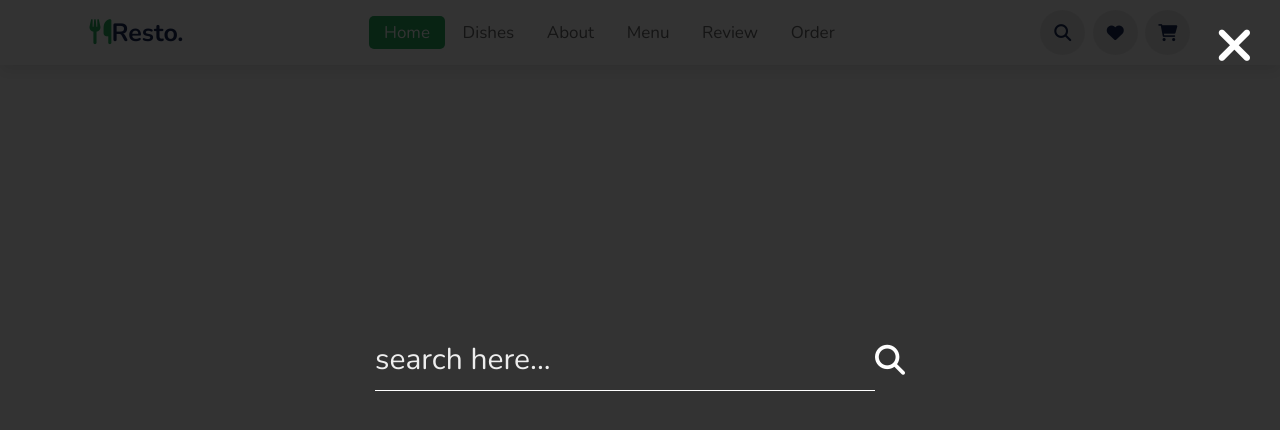
Repository: CarsonDev1/FoodWeb
Page: index.html
The author's editor kept a copy of each file at every save. The page is drawn from the files as they stood at one save, then again after the next save.
The browser window is 1280 px wide. The pictures show the whole page.
Some web libraries are served in a nearby version.

Above is the page before, as saved 2022-05-18 18:39:05.

After the next save:
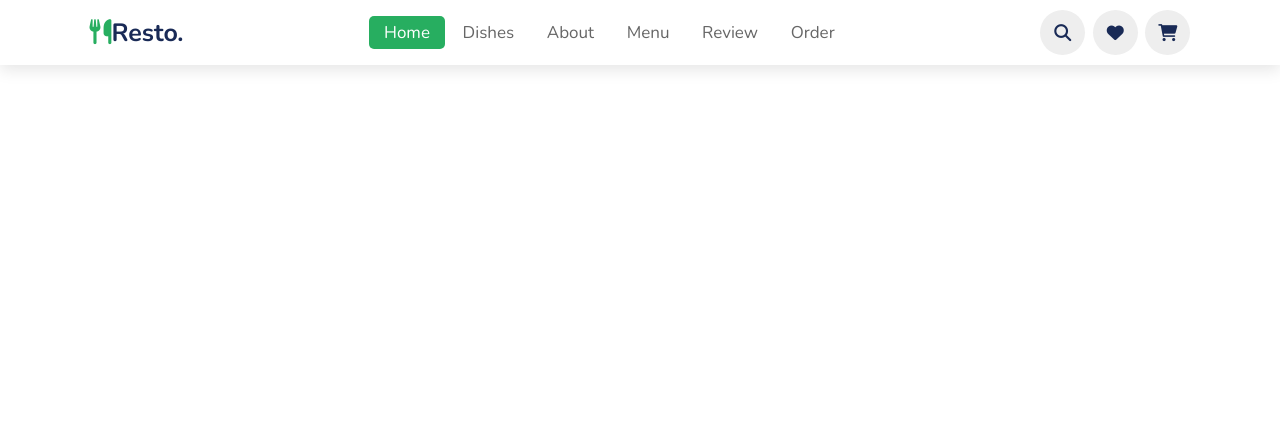
Saved 26 min 25 s later.
--- a/css/style.css
+++ b/css/style.css
@@ -77,7 +77,7 @@ header .icons #menu-bars {
 }
 #search-form {
   position: fixed;
-  top: 0;
+  top: -110%;
   left: 0;
   height: 100%;
   width: 100%;
